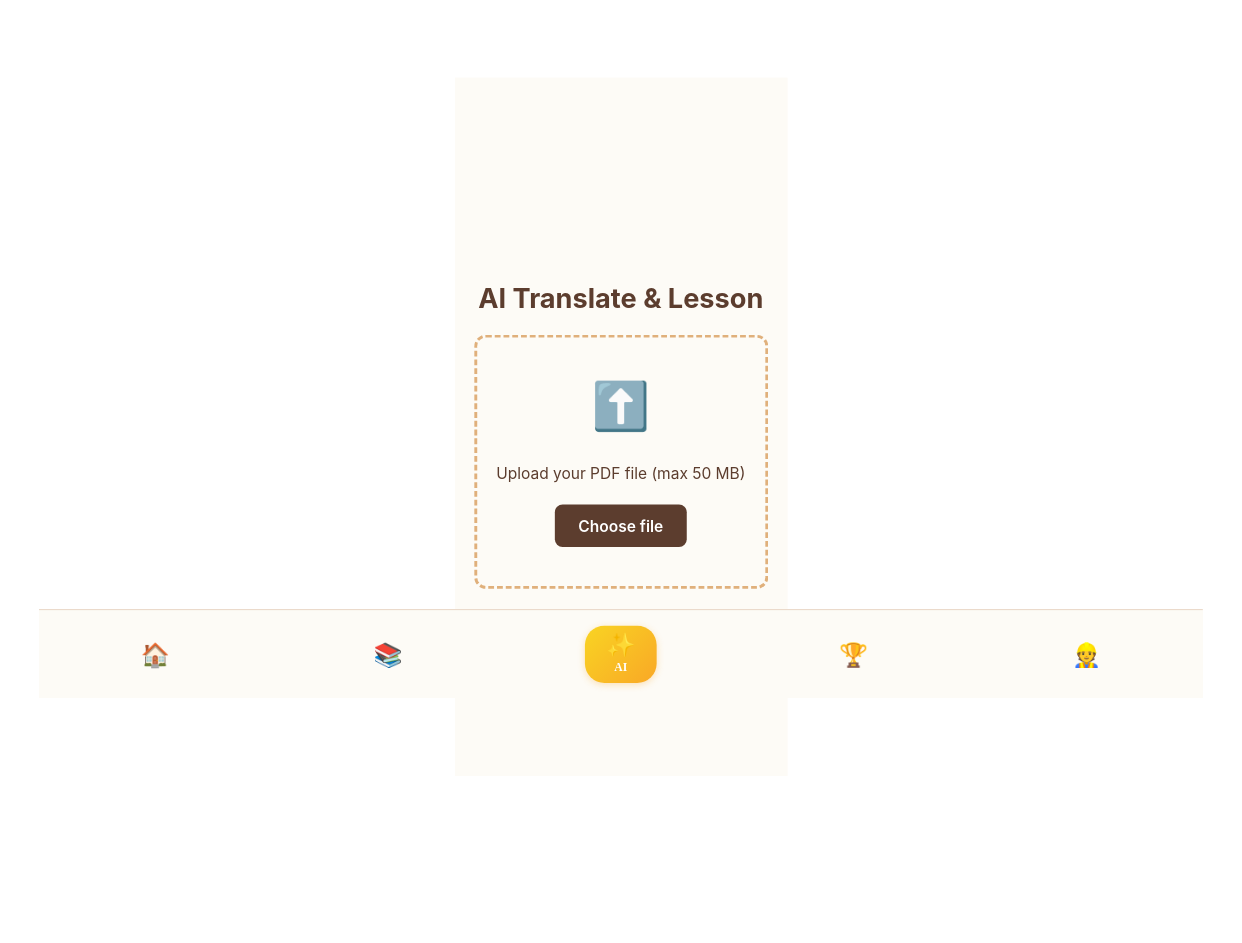
Repository: richelletiongson/Jargon_FrontendShowcase
Page: / (app in jargon_frontend/)
These files come from the project's save history. The page is drawn as it stood at one moment and after the next save; the edit follows.
The browser window is 1280 px wide. The pictures show the whole page, at 97% of full size.
The project was rebuilt for these pictures with package versions that can differ from the ones it lists, and the page was loaded fresh each time. Also part of the build but not shown: jargon_frontend/vite.config.js, jargon_frontend/src/index.css, jargon_frontend/src/home_pages/Home.jsx, jargon_frontend/src/course_pages/Course.jsx, jargon_frontend/src/charts_pages/Charts.jsx, jargon_frontend/src/profile_pages/Profile.jsx.

Above is the page before, as saved 2025-10-22 14:11:26.

### jargon_frontend/index.html
<!doctype html>
<html lang="en">
  <head>
    <meta charset="UTF-8" />
    <link rel="icon" type="image/svg+xml" href="/vite.svg" />
    <meta name="viewport" content="width=device-width, initial-scale=1.0" />
    <title>jargon_frontend</title>
  </head>
  <body>
    <div id="root"></div>
    <script type="module" src="/src/main.jsx"></script>
  </body>
</html>

### jargon_frontend/src/App.jsx
import './App.css'
import NavBar from "./components/NavBar";
import { BrowserRouter, Routes, Route } from "react-router-dom";
import Home from "./home_pages/Home";
import Course from "./course_pages/Course";
import AI from "./ai_pages/AI";
import Charts from "./charts_pages/Charts";
import Profile from "./profile_pages/Profile";

function App() {
  return (
    <BrowserRouter>
            <div className='page'>
                <main className='main-content'>
                    <Routes>
                        <Route
                            path='/'
                            element={<AI />}
                        />
                        <Route
                            path='/home'
                            element={<Home />}
                        />
                        <Route
                            path='/course'
                            element={<Course />}
                        />
                        <Route
                            path='/ai'
                            element={<AI />}
                        />
                        <Route
                            path='/charts'
                            element={<Charts />}
                        />
                        <Route
                            path='/profile'
                            element={<Profile />}
                        />

                    </Routes>
                </main>
                <NavBar />
            </div>
        </BrowserRouter>
  )
}

export default App

### jargon_frontend/src/components/NavBar.jsx
import React from 'react';
import { Link, useLocation } from 'react-router-dom';
import './NavBar.css';

const NavBar = () => {
  const location = useLocation();

  return (
    <div className="bottom-nav">
      <Link to="/home" className={`nav-item ${location.pathname === '/home' ? 'active' : ''}`}>
        <div className="nav-icon">🏠</div>
      </Link>
      <Link to="/course" className={`nav-item ${location.pathname === '/course' ? 'active' : ''}`}>
        <div className="nav-icon">📚</div>
      </Link>
      <Link to="/" className={`nav-item ${location.pathname === '/' ? 'active' : ''}`}>
        <div className="nav-icon">✨</div>
        <span className="nav-text">AI</span>
      </Link>
      <Link to="/charts" className={`nav-item ${location.pathname === '/charts' ? 'active' : ''}`}>
        <div className="nav-icon">🏆</div>
      </Link>
      <Link to="/profile" className={`nav-item ${location.pathname === '/profile' ? 'active' : ''}`}>
        <div className="nav-icon">👷</div>
      </Link>
    </div>
  );
};

export default NavBar;

### jargon_frontend/src/ai_pages/AI.jsx
import React, { useState } from 'react';
import './AI.css';

const AI = () => {
  const [selectedFile, setSelectedFile] = useState(null);

  const handleFileChange = (event) => {
    const file = event.target.files[0];
    if (file) {
      setSelectedFile(file);
    }
  };

  return (
    <div className="ai-page">
      {/* Main Content */}
      <div className="main-content">
        <h1 className="page-title">AI Translate & Lesson</h1>
        <div className='rocky-container'>

        </div>
        <div className="file-upload-container">
          <div className="file-upload-area">
            <div className="upload-icon">⬆️</div>
            <p className="upload-text">Upload your PDF file (max 50 MB)</p>
            <input
              type="file"
              id="file-input"
              accept=".pdf"
              onChange={handleFileChange}
              style={{ display: 'none' }}
            />
            <label htmlFor="file-input" className="choose-file-btn">
              Choose file
            </label>
            {selectedFile && (
              <p className="selected-file">Selected: {selectedFile.name}</p>
            )}
          </div>
        </div>
      </div>

    </div>
  );
};

export default AI;

### jargon_frontend/src/components/NavBar.css
/* Bottom Navigation Styles */
.bottom-nav {
  display: flex;
  justify-content: space-around;
  align-items: center;
  background-color: #FDFBF6;
  padding: 16px 0;
  border-top: 1px solid #E8D5C4;
  position: sticky;
  bottom: 0;
  z-index: 100;
}

.nav-item {
  display: flex;
  flex-direction: column;
  align-items: center;
  gap: 4px;
  padding: 8px 12px;
  border-radius: 20px;
  transition: all 0.3s ease;
  cursor: pointer;
  min-width: 50px;
  text-decoration: none;
  color: inherit;
}

.nav-item:hover {
  background-color: #F5F0E8;
}

.nav-item.active {
  background: linear-gradient(135deg, #F9D423 0%, #F9A826 100%);
  color: white;
  box-shadow: 0 2px 8px rgba(249, 164, 38, 0.3);
}

.nav-icon {
  font-size: 24px;
  line-height: 1;
}

.nav-text {
  font-size: 12px;
  font-weight: 600;
  color: inherit;
}

.nav-item:not(.active) .nav-icon {
  color: #5C3D2E;
}

/* Responsive Design */
@media (max-width: 480px) {
  .nav-icon {
    font-size: 20px;
  }

  .nav-text {
    font-size: 10px;
  }
}

### jargon_frontend/src/home_pages/Home.css
/* Home Page Styles */
.home-page {
  min-height: 100vh;
  background-color: #FDFBF6;
  display: flex;
  flex-direction: column;
  font-family: -apple-system, BlinkMacSystemFont, 'Segoe UI', 'Roboto', sans-serif;
}

.status-bar {
  display: flex;
  justify-content: space-between;
  align-items: center;
  padding: 12px 20px;
  background-color: #FDFBF6;
  color: #5C3D2E;
  font-size: 16px;
  font-weight: 600;
}

.status-icons {
  display: flex;
  gap: 8px;
  font-size: 18px;
}

.main-content {
  flex: 1;
  padding: 40px 20px;
  display: flex;
  flex-direction: column;
  align-items: center;
  justify-content: center;
  text-align: center;
}

.page-title {
  font-size: 28px;
  font-weight: bold;
  color: #5C3D2E;
  margin-bottom: 20px;
}

.coming-soon {
  color: #5C3D2E;
  font-size: 18px;
  opacity: 0.7;
}

### jargon_frontend/src/course_pages/Course.css
/* Course Page Styles */
.course-page {
  min-height: 100vh;
  background-color: #FDFBF6;
  display: flex;
  flex-direction: column;
  font-family: -apple-system, BlinkMacSystemFont, 'Segoe UI', 'Roboto', sans-serif;
}

.status-bar {
  display: flex;
  justify-content: space-between;
  align-items: center;
  padding: 12px 20px;
  background-color: #FDFBF6;
  color: #5C3D2E;
  font-size: 16px;
  font-weight: 600;
}

.status-icons {
  display: flex;
  gap: 8px;
  font-size: 18px;
}

.main-content {
  flex: 1;
  padding: 40px 20px;
  display: flex;
  flex-direction: column;
  align-items: center;
  justify-content: center;
  text-align: center;
}

.page-title {
  font-size: 28px;
  font-weight: bold;
  color: #5C3D2E;
  margin-bottom: 20px;
}

.coming-soon {
  color: #5C3D2E;
  font-size: 18px;
  opacity: 0.7;
}

### jargon_frontend/src/ai_pages/AI.css
/* AI Page Styles */
.ai-page {
  min-height: 100vh;
  background-color: #FDFBF6;
  display: flex;
  flex-direction: column;
  font-family: -apple-system, BlinkMacSystemFont, 'Segoe UI', 'Roboto', sans-serif;
}

/* Status Bar */
.status-bar {
  display: flex;
  justify-content: space-between;
  align-items: center;
  padding: 12px 20px;
  background-color: #FDFBF6;
  color: #5C3D2E;
  font-size: 16px;
  font-weight: 600;
}

.status-icons {
  display: flex;
  gap: 8px;
  font-size: 18px;
}

/* Main Content */
.main-content {
  flex: 1;
  padding: 40px 20px;
  display: flex;
  flex-direction: column;
  align-items: center;
  justify-content: center;
  text-align: center;
}

.page-title {
  font-size: 28px;
  font-weight: bold;
  color: #5C3D2E;
  margin-bottom: 60px;
  line-height: 1.2;
}

/* File Upload Container */
.file-upload-container {
  width: 100%;
  max-width: 400px;
  margin: 0 auto;
}

.file-upload-area {
  background-color: #FDFBF6;
  border: 3px dashed #E0B07B;
  border-radius: 12px;
  padding: 40px 20px;
  display: flex;
  flex-direction: column;
  align-items: center;
  gap: 20px;
  transition: all 0.3s ease;
}

.file-upload-area:hover {
  border-color: #D4A574;
  background-color: #FEFCF7;
}

.upload-icon {
  font-size: 48px;
  color: #5C3D2E;
  margin-bottom: 10px;
}

.upload-text {
  color: #5C3D2E;
  font-size: 16px;
  margin: 0;
  line-height: 1.4;
}

.choose-file-btn {
  background-color: #5C3D2E;
  color: white;
  padding: 12px 24px;
  border-radius: 8px;
  border: none;
  font-size: 16px;
  font-weight: 600;
  cursor: pointer;
  transition: background-color 0.3s ease;
  text-decoration: none;
  display: inline-block;
}

.choose-file-btn:hover {
  background-color: #4A3225;
}

.selected-file {
  color: #5C3D2E;
  font-size: 14px;
  margin: 10px 0 0 0;
  font-style: italic;
}


/* Responsive Design */
@media (max-width: 480px) {
  .main-content {
    padding: 30px 16px;
  }

  .page-title {
    font-size: 24px;
    margin-bottom: 40px;
  }

  .file-upload-area {
    padding: 30px 16px;
  }

  .upload-icon {
    font-size: 40px;
  }

  .upload-text {
    font-size: 14px;
  }

  .choose-file-btn {
    padding: 10px 20px;
    font-size: 14px;
  }
}

@media (max-width: 360px) {
  .status-bar {
    padding: 10px 16px;
    font-size: 14px;
  }

  .main-content {
    padding: 20px 12px;
  }

  .page-title {
    font-size: 22px;
    margin-bottom: 30px;
  }

  .file-upload-area {
    padding: 24px 12px;
  }

  .nav-icon {
    font-size: 20px;
  }

  .nav-text {
    font-size: 10px;
  }
}

### jargon_frontend/src/charts_pages/Charts.css
/* Charts Page Styles */
.charts-page {
  min-height: 100vh;
  background-color: #FDFBF6;
  display: flex;
  flex-direction: column;
  font-family: -apple-system, BlinkMacSystemFont, 'Segoe UI', 'Roboto', sans-serif;
}

.status-bar {
  display: flex;
  justify-content: space-between;
  align-items: center;
  padding: 12px 20px;
  background-color: #FDFBF6;
  color: #5C3D2E;
  font-size: 16px;
  font-weight: 600;
}

.status-icons {
  display: flex;
  gap: 8px;
  font-size: 18px;
}

.main-content {
  flex: 1;
  padding: 40px 20px;
  display: flex;
  flex-direction: column;
  align-items: center;
  justify-content: center;
  text-align: center;
}

.page-title {
  font-size: 28px;
  font-weight: bold;
  color: #5C3D2E;
  margin-bottom: 20px;
}

.coming-soon {
  color: #5C3D2E;
  font-size: 18px;
  opacity: 0.7;
}

### jargon_frontend/src/profile_pages/Profile.css
/* Profile Page Styles */
.profile-page {
  min-height: 100vh;
  background-color: #FDFBF6;
  display: flex;
  flex-direction: column;
  font-family: -apple-system, BlinkMacSystemFont, 'Segoe UI', 'Roboto', sans-serif;
}

.status-bar {
  display: flex;
  justify-content: space-between;
  align-items: center;
  padding: 12px 20px;
  background-color: #FDFBF6;
  color: #5C3D2E;
  font-size: 16px;
  font-weight: 600;
}

.status-icons {
  display: flex;
  gap: 8px;
  font-size: 18px;
}

.main-content {
  flex: 1;
  padding: 40px 20px;
  display: flex;
  flex-direction: column;
  align-items: center;
  justify-content: center;
  text-align: center;
}

.page-title {
  font-size: 28px;
  font-weight: bold;
  color: #5C3D2E;
  margin-bottom: 20px;
}

.coming-soon {
  color: #5C3D2E;
  font-size: 18px;
  opacity: 0.7;
}

Loaded but not shown: jargon_frontend/src/main.jsx (common file); jargon_frontend/src/App.css (common file)

After the next save:
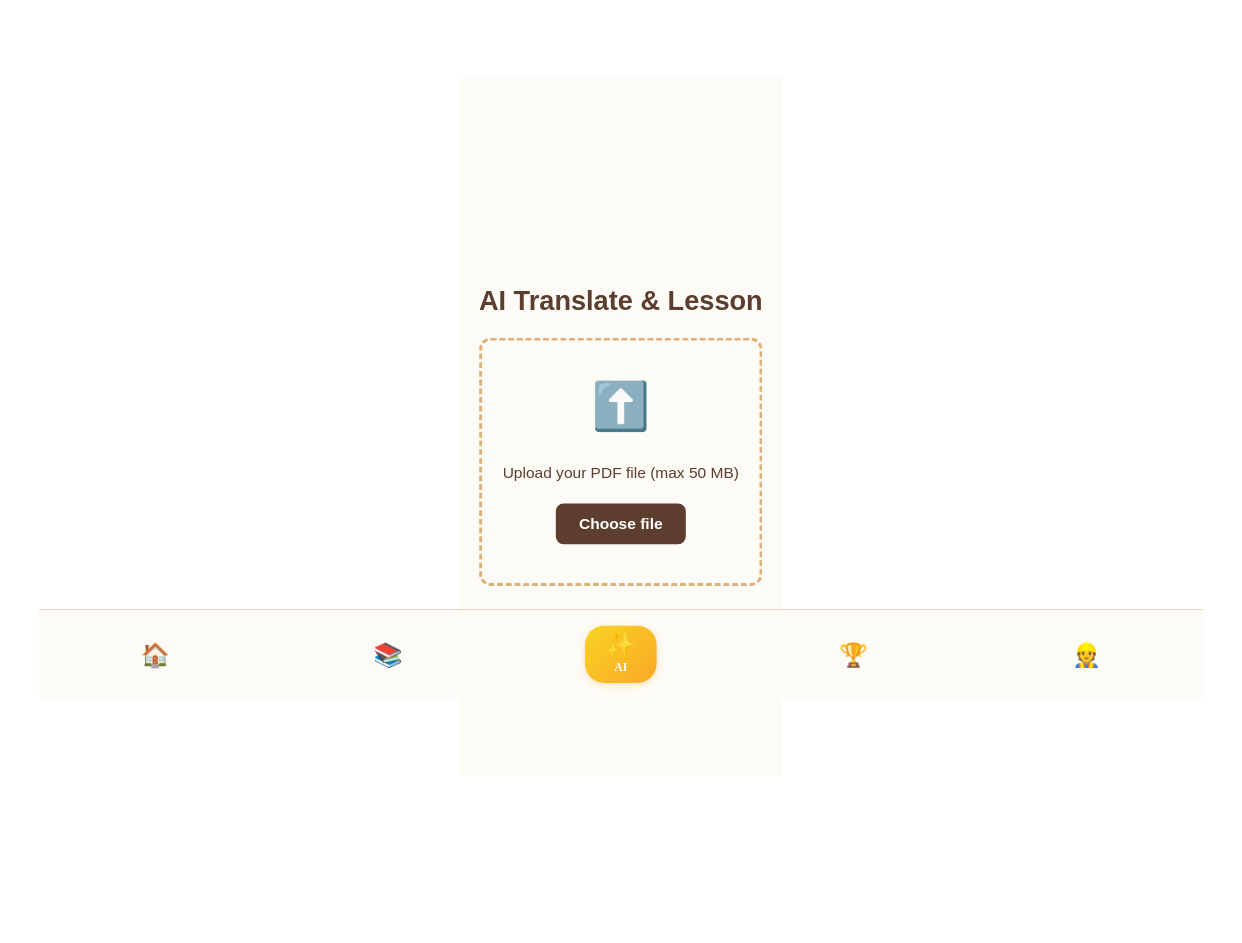
Saved 63 s later.
--- a/jargon_frontend/src/ai_pages/AI.css
+++ b/jargon_frontend/src/ai_pages/AI.css
@@ -4,25 +4,7 @@
   background-color: #FDFBF6;
   display: flex;
   flex-direction: column;
-  font-family: -apple-system, BlinkMacSystemFont, 'Segoe UI', 'Roboto', sans-serif;
-}
-
-/* Status Bar */
-.status-bar {
-  display: flex;
-  justify-content: space-between;
-  align-items: center;
-  padding: 12px 20px;
-  background-color: #FDFBF6;
-  color: #5C3D2E;
-  font-size: 16px;
-  font-weight: 600;
-}
-
-.status-icons {
-  display: flex;
-  gap: 8px;
-  font-size: 18px;
+  font-family: poppins, sans-serif;
 }
 
 /* Main Content */
